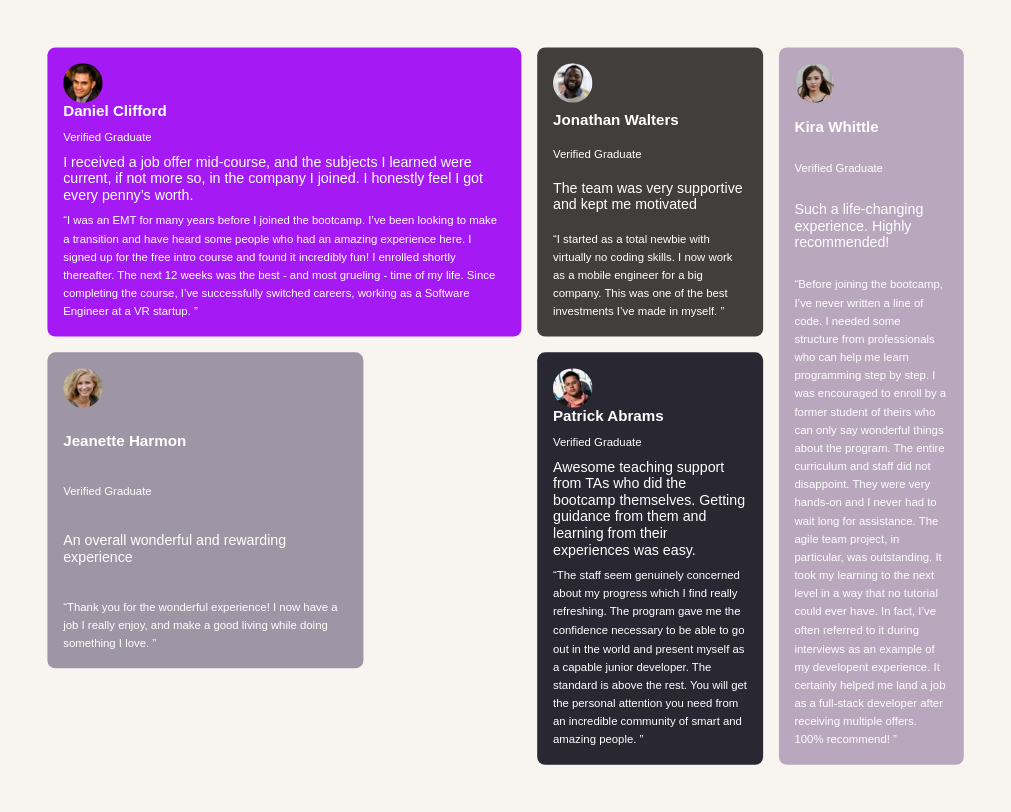
Repository: MagedElRefaey/Grid-Project
Page: Task.html
These files come from the project's save history. The page is drawn as it stood at one moment and after the next save; the edit follows.
The browser window is 1280 px wide. The pictures show the whole page, at 79% of full size.

Above is the page before, as saved 2024-09-13 23:24:00.

### Task.html
<!DOCTYPE html>
<html lang="en">
<head>
    <link rel ="stylesheet" href="./Style.css">
    <meta charset="UTF-8">
    <meta name="viewport" content="width=device-width, initial-scale=1.0">
    <title>Document</title>
</head>
<body>
    <div class="Container">
        <div class="Card David"> <img src = "images/image-daniel.jpg">

            <h3>Daniel Clifford</h3>
            <p>Verified Graduate</p>
            <blockquote>
            I received a job offer mid-course, and the subjects I learned were current, if not more so,
            in the company I joined. I honestly feel I got every penny’s worth.</blockquote>

            <p>“I was an EMT for many years before I joined the bootcamp. I’ve been looking to make a
            transition and have heard some people who had an amazing experience here. I signed up
            for the free intro course and found it incredibly fun! I enrolled shortly thereafter.
            The next 12 weeks was the best - and most grueling - time of my life. Since completing
            the course, I’ve successfully switched careers, working as a Software Engineer at a VR startup. ”</p></div>
        <div class="Card Jonathan"><img src = "images/image-jonathan.jpg">
            <h3>Jonathan Walters</h3>
            <p>Verified Graduate</p>

            <blockquote>The team was very supportive and kept me motivated</blockquote>

            <p>“I started as a total newbie with virtually no coding skills. I now work as a mobile engineer
            for a big company. This was one of the best investments I’ve made in myself. ”</p></div>
        <div class="Card Jeanette"> <img src = "images/image-jeanette.jpg">
            <h3>Jeanette Harmon</h3>
            <p>Verified Graduate</p>

            <blockquote>An overall wonderful and rewarding experience</blockquote>

            <p>“Thank you for the wonderful experience! I now have a job I really enjoy, and make a good living
            while doing something I love. ” </p> </div>

        <div class="Card Patrick"><img src="images/image-patrick.jpg">
            <h3>Patrick Abrams</h3>
            <p>Verified Graduate</p>

            <blockquote>Awesome teaching support from TAs who did the bootcamp themselves. Getting guidance from them and
            learning from their experiences was easy.</blockquote>

            <p>“The staff seem genuinely concerned about my progress which I find really refreshing. The program
            gave me the confidence necessary to be able to go out in the world and present myself as a capable
            junior developer. The standard is above the rest. You will get the personal attention you need from
            an incredible community of smart and amazing people. ”</p>
           </div>
        <div class="Card Kira"><img src="images/image-kira.jpg">
            <h3>Kira Whittle</h3>
            <p>Verified Graduate</p>

            <blockquote>Such a life-changing experience. Highly recommended!</blockquote>

            <p>“Before joining the bootcamp, I’ve never written a line of code. I needed some structure from
            professionals who can help me learn programming step by step. I was encouraged to enroll by a former
            student of theirs who can only say wonderful things about the program. The entire curriculum and staff
            did not disappoint. They were very hands-on and I never had to wait long for assistance. The agile team
            project, in particular, was outstanding. It took my learning to the next level in a way that no tutorial
            could ever have. In fact, I’ve often referred to it during interviews as an example of my developent
            experience. It certainly helped me land a job as a full-stack developer after receiving multiple offers.
            100% recommend! ”</p> </div>
    </div>
</body>
</html>

### Style.css
*{
    margin:0;
    padding: 0;
    box-sizing: border-box;
    font-family: Arial, sans-serif;
}
body{
    background-color: rgb(248, 245, 240);
    padding: 20px;
}
.Container {
    padding: 40px 40px 40px;
    display: grid;
    grid-template-columns: repeat(4,1fr);
    grid-template-columns: auto auto;
    grid-template-areas: "David  Jonathan Jonathan Kira"
                        "Jeanette Patrick Patrick Kira";
    gap: 20px;

}
.Card{
    padding: 20px;
    border-radius: 10px;
    color: white;
    display: flex;
    flex-direction: column;
    justify-content: space-between;
    align-items: start;
}
.Card img{
    width: 50px;
    height: 50px;
    border-radius: 50%;
    object-fit: cover;

}
.David{
    grid-area:David;
    /* height: 100%;
    width: 100%;
    border: 3px solid black; */
    /* padding: 20px 0; */
    background-color: #9c00f7e5;
    width: 600px;

}
.Jonathan{
    grid-area:Jonathan;
    /* height: 100%;
    width: 100%;
    border: 3px solid black; */
    /* padding: 20px 0; */
    background-color: #1d1c1bd5;
}
.Jeanette{
    grid-area:Jeanette;
    /* height: 100%;
    width: 100%;
    border: 3px solid black; */
    /* padding: 20px 0; */
    background-color: #968c9ee5;
    width: 400px;
    height: 400px;
}
.Patrick{
    grid-area:Patrick;
    /* height: 100%;
    width: 100%;
    border: 3px solid black; */
    /* padding: 20px 0; */
    background-color: #11101de5;
    width: 100%;
    height: 100%;


}
.Kira{
    grid-area:Kira;
    /* height: 100%;
    width: 100%;
    border: 3px solid black; */
    /* padding: 20px 0; */
    background-color: #b39fb9e5;
}
h3{
    margin-bottom: 10px;
    font-size: 1.2rem;
}
p{
    font-size: 0.9rem;
    line-height: 1.6;

}
blockquote {
font-style: times;
font-size:18px;
color: white;
margin: 10px 0;
}

@media  (max-width:780px){
    .Container{
        grid-template-columns: repeat(2,1fr);
    }
}

After the next save:
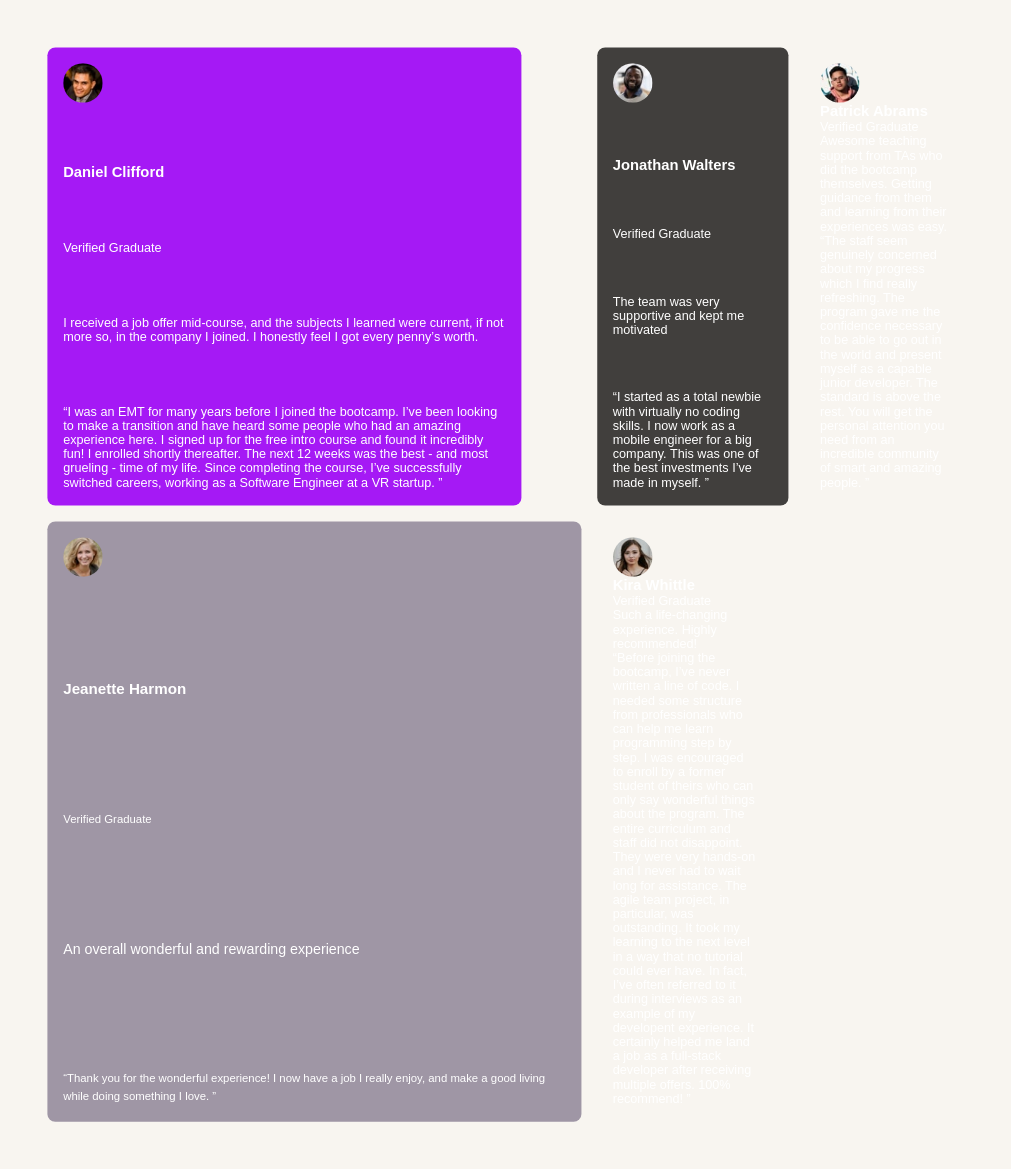
Saved 8 s later.
--- a/Style.css
+++ b/Style.css
@@ -59,9 +59,8 @@ body{
     border: 3px solid black; */
     /* padding: 20px 0; */
     background-color: #968c9ee5;
-    width: 400px;
-    height: 400px;
-}
+    width: 100%;
+    height: 100%;
 .Patrick{
     grid-area:Patrick;
     /* height: 100%;
